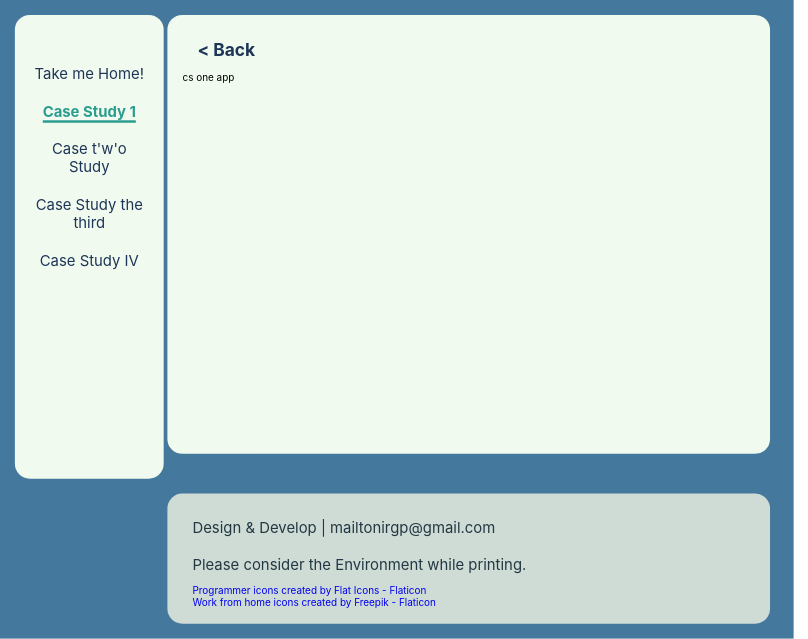
Repository: niranjangp/portfolioReact
Page: /cs-one
The author's editor kept a copy of each file at every save. The page is drawn from the files as they stood at one save, then again after the next save.
The browser window is 1280 px wide. The page is 1280 px wide, then 1303 px, so the pictures cover 1303 px, including what lies to the right of the window. The pictures show the whole page, at 62% of full size.
The project was rebuilt for these pictures with package versions that can differ from the ones it lists, and the page was loaded fresh each time. Also part of the build but not shown: src/pages/enterDesign.jsx, src/pages/notFound.jsx.

Above is the page before, as saved 2022-02-01 03:38:20.

After the next save:
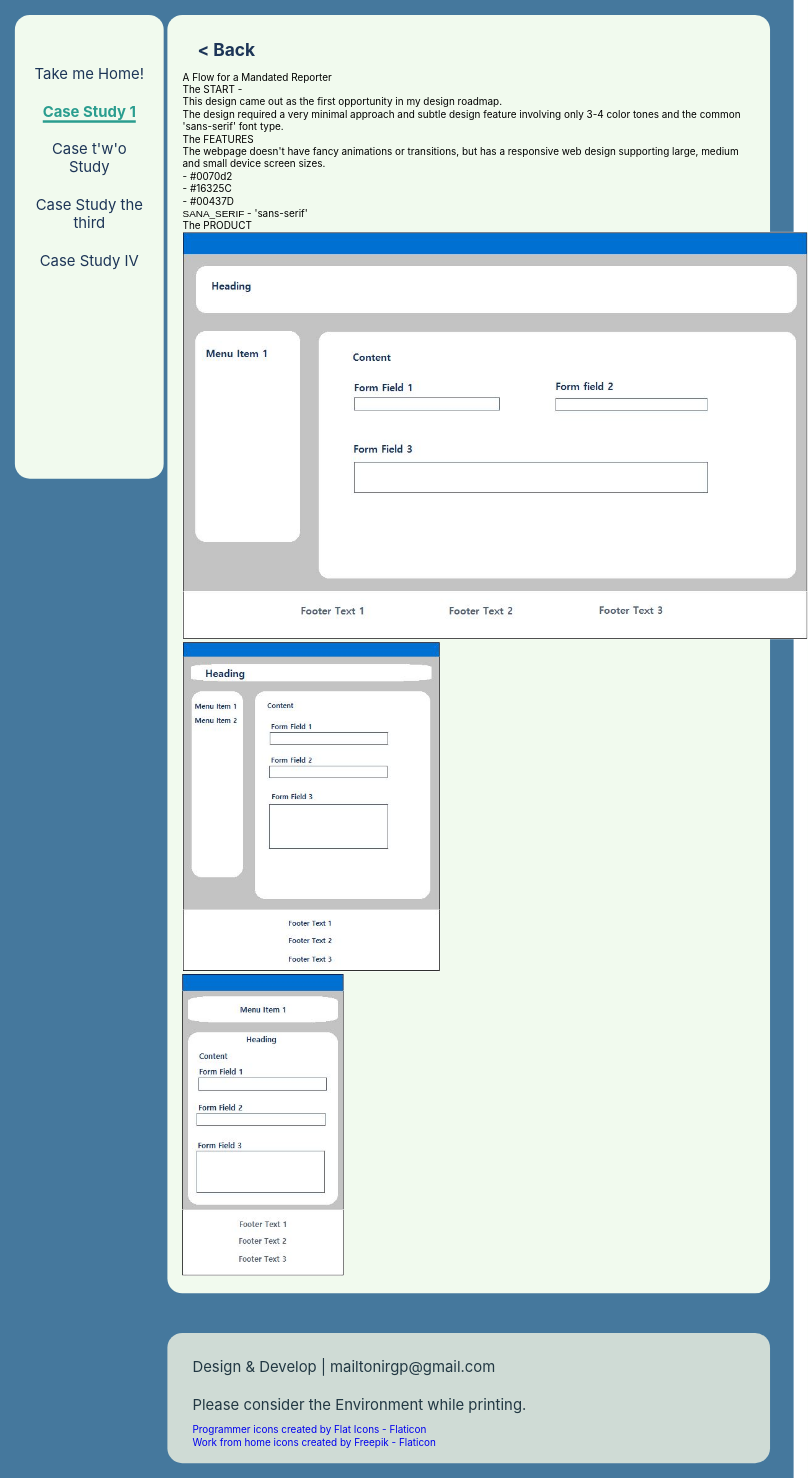
Saved 5 s later.
--- a/src/pages/csOne.jsx
+++ b/src/pages/csOne.jsx
@@ -1,11 +1,35 @@
 import React from 'react';
 import { Link } from 'react-router-dom';
+import MrDesk from '../assets/mrDesk.JPG';
+import MrTab from '../assets/mrTab.JPG';
+import MrMob from '../assets/mrMob.JPG';
 
 const csOne = () => {
   return (
     <div className='csOne'>
       <div className="backLink"><Link to="/enter-the-design">{'< Back'}</Link></div>
-      <div>cs one app</div>
+      <div>A Flow for a Mandated Reporter</div>
+      <div>
+        <div>
+        <p>The START -</p>
+        <p>This design came out as the first opportunity in my design roadmap.</p>
+        <p>The design required a very minimal approach and subtle design feature involving only 3-4 color tones and the common 'sans-serif' font type.</p>
+        </div>
+        <div>
+          <p>The FEATURES</p>
+        <p>The webpage doesn't have fancy animations or transitions, but has a responsive web design supporting large, medium and small device screen sizes.</p>
+        <p><span className='fir'></span> - #0070d2</p>
+        <p><span className='sec'></span> - #16325C</p>
+        <p><span className='thi'></span> - #00437D</p>
+        <p class="fou"><span>SANA_SERIF</span> - 'sans-serif'</p>
+        </div>
+        <div>
+          <p>The PRODUCT</p>
+          <div><img src={MrDesk} alt="mr-screen" className='mrDesk'/></div>
+          <div><img src={MrTab} alt="mr-screen" className='mrTab'/></div>
+          <div><img src={MrMob} alt="mr-screen" className='mrMob'/></div>
+        </div>
+      </div>
     </div>
   )
 };
